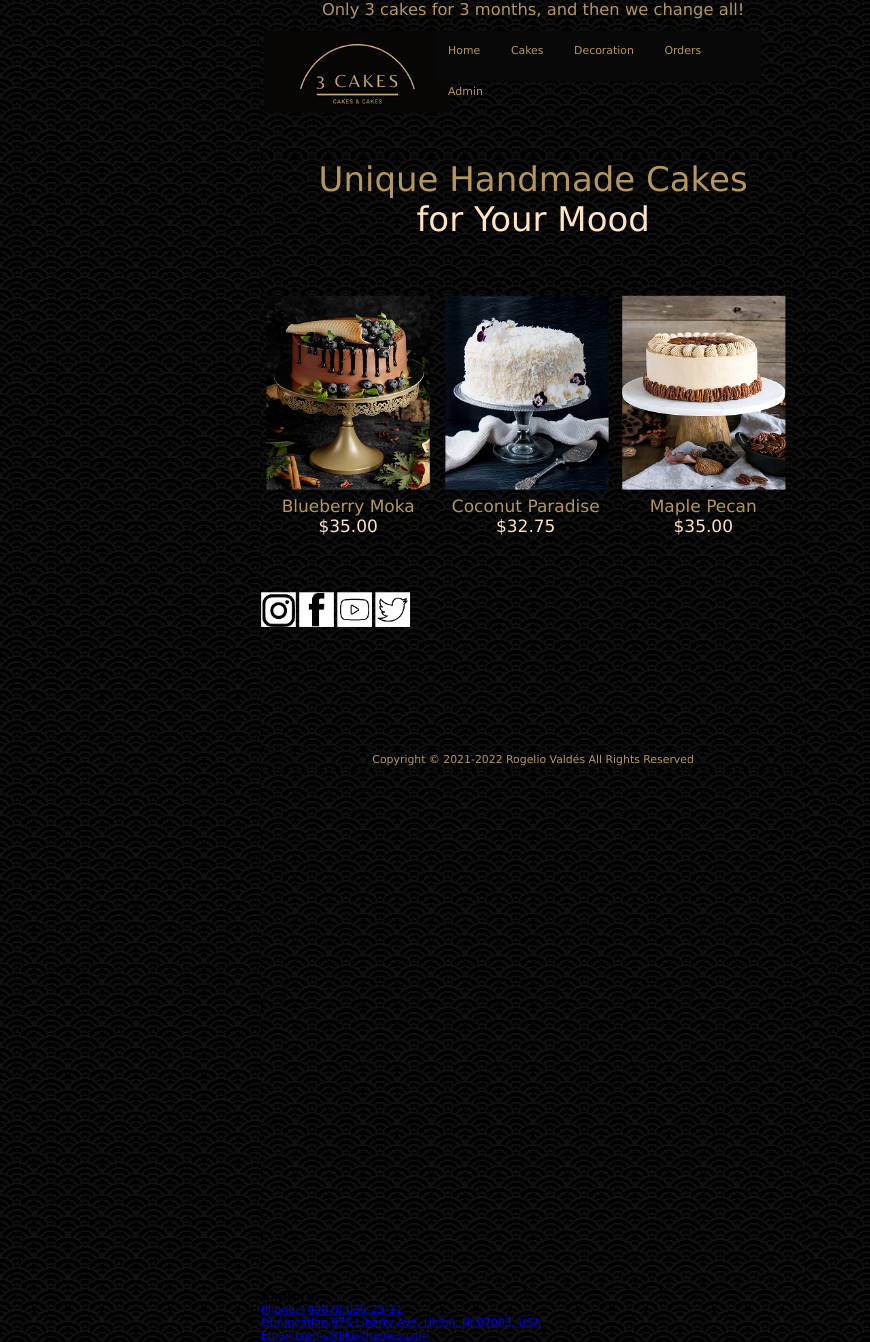
Repository: roge64/htmlfrontend
Page: index.html
An editor plug-in stored every save of this project. The page is shown before and after the next save, followed by the edit.
The browser window is 1280 px wide. The pictures show the whole page, at 68% of full size.

Above is the page before, as saved 2022-03-04 11:35:38.

### index.html
<!DOCTYPE html>
<html lang="en">
<head>
    <meta charset="UTF-8">
    <meta http-equiv="X-UA-Compatible" content="IE=edge">
    <meta name="viewport" content="width=device-width, initial-scale=1.0">
    <title>3 Cakes</title>
    <link rel="stylesheet" href="estilos/estilos.css">


</head>

<section>

    <section id="container">

        <header>
            <p style="color:#b49760"> Only 3 cakes for 3 months, and then we change all! </p>
            <!-- <h1> <a href="index.html"><img src="/img/logob.png" alt="logo.png"></a> </h1> -->
        </header>

        <section id="banner">

            <!-- <h1> <a href="index.html"><img src="/img/logob.png" alt="logo.png"></a> </h1> -->
            <!-- <article> <a href="index.html"><img src="/img/logob.png" alt="logo.png"></a> </article> -->

            <article id="banner1"  <a href="index.html"> <img src="/img/logob.png"  alt="logo.png"></a>></article>
            <article id="banner2">
                <ul class="menu">

                <li><a href="#home"></a>Home</li>
                <li><a href="#cakes"></a>Cakes</li>
                <li><a href="#decor"></a>Decoration</li>
                <li><a href="#order"></a>Orders</li>
                <li><a href="#admin"></a>Admin</li>
            </ul></article>

        </section>

        <section id="noticias">

            <article id="news1">
                <p style="color:#b49760"> Unique Handmade Cakes</p>
                <p style="color: bisque"> for Your Mood</p>
            </article>


        </section>

        <section id="tienda">
            <article id="cake1"> <img src="/img/cake1.png"  alt="logo.png"></article>
            <article id="cake2"> <img src="/img/cake2.png"  alt="logo.png"></article>
            <article id="cake3"> <img src="/img/cake3.png"  alt="logo.png"></article>
        </section>


        <section id="names">
            <article id="name1">
                <p style="color:#b49760"> Blueberry Moka</p>
                <p style="color: bisque"> $35.00</p>
            </article>
            <article id="name2">
                <p style="color:#b49760"> Coconut Paradise</p>
                <p style="color: bisque"> $32.75</p>
            </article>
            <article id="name3">
                <p style="color:#b49760"> Maple Pecan</p>
                <p style="color: bisque"> $35.00</p>
            </article>
        </section>

            <article id="social1">
                <ul>
                    <li>
                        <a href="#" target="_self" rel="noopener noreferrer"><span class="queeny_fa5_icons fab fa-twitter"></span>
                        </a>
                    </li>
                    <li>
                        <a href="#" target="_self" rel="noopener noreferrer"><span class="queeny_fa5_icons fab fa-facebook-f"></span>
                        </a>
                    </li>
                    <li>
                        <a href="#" target="_self" rel="noopener noreferrer"><span class="queeny_fa5_icons fab fa-instagram"></span></a>
                    </li>
                    <li>
                        <a href="#" target="_self" rel="noopener noreferrer"><span class="queeny_fa5_icons fab fa-youtube"></span>
                        </a>
                    </li>
                </ul>
		        <a href="#"><img src="img/instagram.png" alt="instagram"></a>
                <a href="#"><img src="img/facebook.png" alt="facebook"></a>
                <a href="#"><img src="img/youtube.png" alt="youtube"></a>
		        <a href="#"><img src="img/twitter.png" alt="twitter"></a>
            </article>

            <article id="social2">
                <div id="lte_icons-2" class="widget widget_lte_icons"><h3 class="lte-header-widget "><span class="widget-icon"></span>Explore</h3><ul class="lte-social-icons-list"><li> <a href="#"><span class="lte-ic icon icon-phone-call"></span><span class="lte-header">Phone:</span><span class="lte-txt">+49078-039-23-11<br> </span></a></li><li> <a href="#"><span class="lte-ic icon icon-location"></span><span class="lte-header">Our location:</span><span class="lte-txt">975 Liberty Ave, Union, NJ 07083, USA</span></a></li><li> <a href="#"><span class="lte-ic icon icon-mail"></span><span class="lte-header">Email:</span><span class="lte-txt">crems@like-themes.com</span></a></li></ul>
                </div>

            </article>
        </section>


        <footer>
            <p style="color:#b49760"> Copyright &copy; 2021-<script>document.write(new Date().getFullYear())</script> Rogelio Valdés All Rights Reserved</p>
            <article id="footer1"></article>
        </footer>

    </section>

</body>

</html>

### estilos/estilos.css
*{
    border: 0 ;
    margin: 0 ;
    padding: 0;
}

body{
    font-family: Geneva;
    background-color: rgb(0, 0, 0);
    width:40%;
    margin-left:auto;
    margin-right:auto;

    background-color:black;
background-image:
radial-gradient(circle at 100% 150%, black 24%, #101010 24%, #101010 28%, black 28%, black 36%, #101010 36%, #101010 40%, transparent 40%, transparent),
radial-gradient(circle at 0    150%, black 24%, #101010 24%, #101010 28%, black 28%, black 35%, #101010 36%, #101010 40%, transparent 40%, transparent),
radial-gradient(circle at 50%  100%, #101010 10%, black 10%, black 23%, #101010 23%, #101010 30%, black 30%, black 43%, #101010 43%, #101010 50%, black 50%, black 63%, #101010 63%, #101010 71%, transparent 71%, transparent),
radial-gradient(circle at 100% 50%, #101010 5%, black 5%, black 15%, #101010 15%, #101010 20%, black 20%, black 29%, #101010 29%, #101010 34%, black 34%, black 44%, #101010 44%, #101010 49%, transparent 49%, transparent),
radial-gradient(circle at 0    50%, #101010 5%, black 5%, black 15%, #101010 15%, #101010 20%, black 20%, black 29%, #101010 29%, #101010 34%, black 34%, black 44%, #101010 44%, #101010 48%, transparent 49%, transparent);
background-size: 50px 31px;
/*     background-image: url("/img/papyrus-dark.png"); */
}

.menu{
    list-style: none;
    padding: 0;
    background: #080808;
    width: 80%;
    height: 75px;
    max-width: 500px;
    margin: auto;
}

.menu li{
    text-decoration: none;
    color: #b49760;
    padding: 20px;
    display: block;
}

.menu li{
    display: inline-block;
    text-align: right;
}

.menu li:hover{
    background:rgb(41, 23, 3);
}


#container, header, #banner, #noticias, #marcas, footer, #social1{
    /* background-color:rgb(255, 255, 255); */
    background-color:black;
background-image:
radial-gradient(circle at 100% 150%, black 24%, #101010 24%, #101010 28%, black 28%, black 36%, #101010 36%, #101010 40%, transparent 40%, transparent),
radial-gradient(circle at 0    150%, black 24%, #101010 24%, #101010 28%, black 28%, black 35%, #101010 36%, #101010 40%, transparent 40%, transparent),
radial-gradient(circle at 50%  100%, #101010 10%, black 10%, black 23%, #101010 23%, #101010 30%, black 30%, black 43%, #101010 43%, #101010 50%, black 50%, black 63%, #101010 63%, #101010 71%, transparent 71%, transparent),
radial-gradient(circle at 100% 50%, #101010 5%, black 5%, black 15%, #101010 15%, #101010 20%, black 20%, black 29%, #101010 29%, #101010 34%, black 34%, black 44%, #101010 44%, #101010 49%, transparent 49%, transparent),
radial-gradient(circle at 0    50%, #101010 5%, black 5%, black 15%, #101010 15%, #101010 20%, black 20%, black 29%, #101010 29%, #101010 34%, black 34%, black 44%, #101010 44%, #101010 48%, transparent 49%, transparent);
background-size: 50px 31px;

    height: 1100px;
    width: 800px;

}

header{
/*     background-color:antiquewhite;
 */
    height: 40px;
    text-align: center;
    font-size: x-large;

}

#banner{
    background-color:#080808;
/*     background-color:rgb(25, 25, 25); */
    width: 600;
    height: 190px;


}


#noticias{
/*     background-color: antiquewhite;
 */
    height: 200px;
}

#tienda #names{
/*     background-color: grey; */
/* background-color:black;
background-image:
radial-gradient(circle at 100% 150%, black 24%, #101010 24%, #101010 28%, black 28%, black 36%, #101010 36%, #101010 40%, transparent 40%, transparent),
radial-gradient(circle at 0    150%, black 24%, #101010 24%, #101010 28%, black 28%, black 35%, #101010 36%, #101010 40%, transparent 40%, transparent),
radial-gradient(circle at 50%  100%, #101010 10%, black 10%, black 23%, #101010 23%, #101010 30%, black 30%, black 43%, #101010 43%, #101010 50%, black 50%, black 63%, #101010 63%, #101010 71%, transparent 71%, transparent),
radial-gradient(circle at 100% 50%, #101010 5%, black 5%, black 15%, #101010 15%, #101010 20%, black 20%, black 29%, #101010 29%, #101010 34%, black 34%, black 44%, #101010 44%, #101010 49%, transparent 49%, transparent),
radial-gradient(circle at 0    50%, #101010 5%, black 5%, black 15%, #101010 15%, #101010 20%, black 20%, black 29%, #101010 29%, #101010 34%, black 34%, black 44%, #101010 44%, #101010 48%, transparent 49%, transparent);
background-size: 50px 31px; */

    height: 300px;
    width: 780px;
    padding-left: 10px;
    padding-right: 10px;
    padding-top: 5px;
    text-align: center;
}

#marcas{
/*     background-color:rgb(58, 41, 18); */
    height: 205px;
}


footer{
    width: 800px;
/*     background-color:rgb(0, 0, 0); */
    text-align: center;
    height: 25px;
    padding-top: 7px;

}

#banner #banner1{
/*     background-color: rgb(180, 134, 73); */
    width: 150px;
    height: 145px;
    float: left;
    text-align: center;
/*     display: inline-block; */
    margin: 5px 5px;
}

#banner #banner2{
/*     background-color: rgb(180, 134, 73); */
    width: 600px;
    height: 145px;
    float: right;
/*     display: inline-block; */
    /* vertical-align: center;  */
    margin: 5px 5px;
}

#noticias #news1{
/*     background-color: rgb(41, 38, 34); */
    font-size: 50px;

    text-align: center;
    width: 790px;
    height: 200px;
    display: inline-block;
    vertical-align: center;
    margin: 5px 5px;

}


#tienda #cake1{
    background: rgb(109, 175, 33);
    width: 240px;
    height: 285px;
    display: inline-block;
    vertical-align: top;
    margin: 5px 8px;
}

#tienda #cake2{
    background: rgb(41, 23, 3);
    width: 240px;
    height: 285px;
    display: inline-block;
    vertical-align: top;
    margin: 5px 10px;
}

#tienda #cake3{
    background: rgb(175, 169, 112);
    width: 240px;
    height: 285px;
    display: inline-block;
    vertical-align: top;
    margin: 5px 5px;
}

#names #name1{
    font-size: 25px;
    text-align: center;
    width: 240px;
    height: 60px;
    display: inline-block;
    vertical-align: top;
    margin: 5px 8px;
}

#names #name2{
    font-size: 25px;
    text-align: center;
    width: 240px;
    height: 60px;
    display: inline-block;
    vertical-align: top;
    margin: 5px 8px;
}

#names #name3{
    font-size: 25px;
    text-align: center;
    width: 240px;
    height: 60px;
    display: inline-block;
    vertical-align: top;
    margin: 5px 8px;
}

#social #social1{
/*     background: rgb(109, 175, 33); */
    width: 375px;
    height: 185px;
    display: inline-block;
    vertical-align: center;
    margin: 10px 12px;
}

#social #social2{
    background: rgb(109, 175, 33);
    width: 375px;
    height: 185px;
    display: inline-block;
    vertical-align: center;
    margin: 10px 10px;
}

#social #social1 {
    color: rgb(175, 169, 112);


}

After the next save:
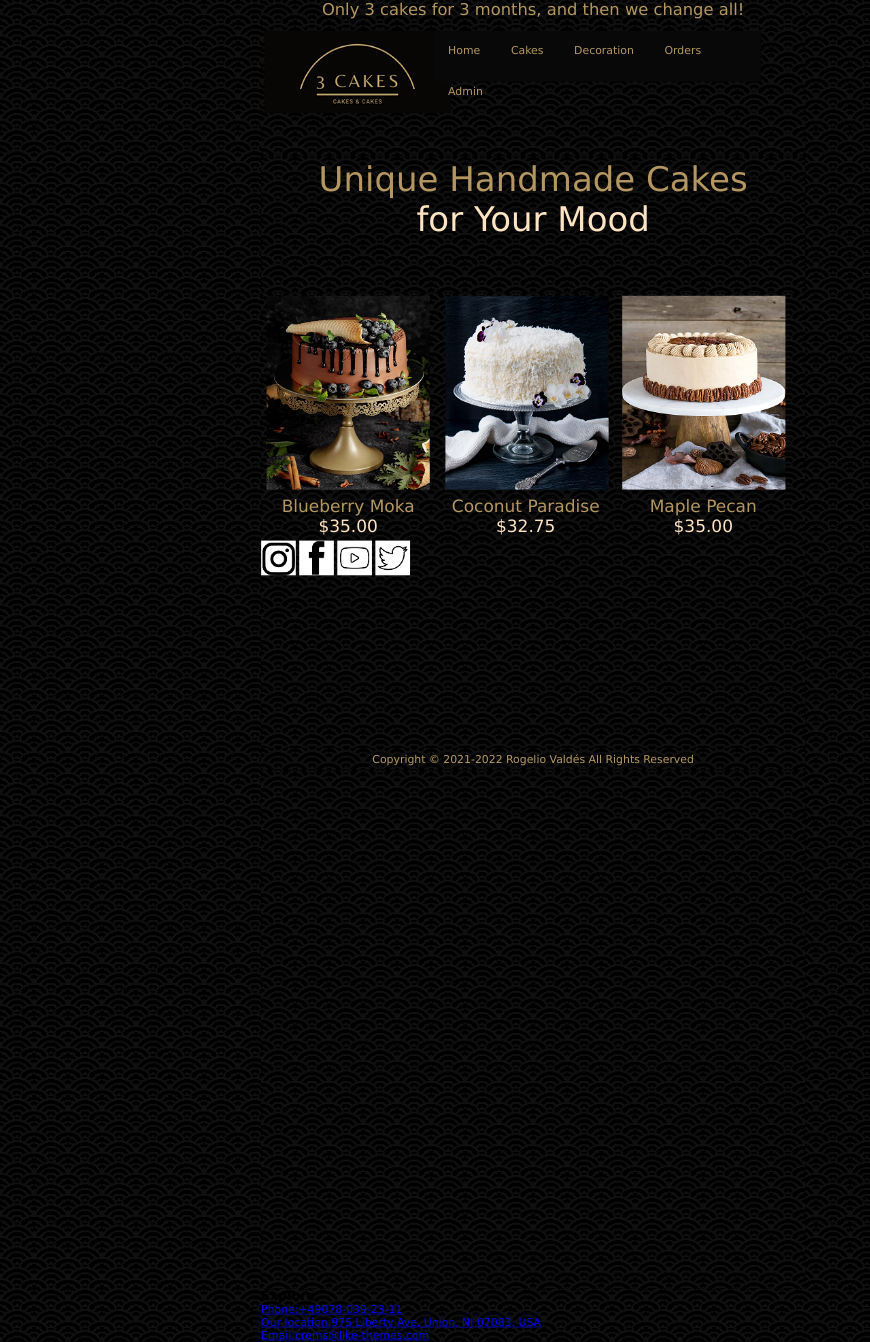
Saved 58 s later.
--- a/index.html
+++ b/index.html
@@ -70,7 +70,7 @@
         </section>
 
             <article id="social1">
-                <ul>
+<!--                 <ul>
                     <li>
                         <a href="#" target="_self" rel="noopener noreferrer"><span class="queeny_fa5_icons fab fa-twitter"></span>
                         </a>
@@ -86,7 +86,7 @@
                         <a href="#" target="_self" rel="noopener noreferrer"><span class="queeny_fa5_icons fab fa-youtube"></span>
                         </a>
                     </li>
-                </ul>
+                </ul> -->
 		        <a href="#"><img src="img/instagram.png" alt="instagram"></a>
                 <a href="#"><img src="img/facebook.png" alt="facebook"></a>
                 <a href="#"><img src="img/youtube.png" alt="youtube"></a>
